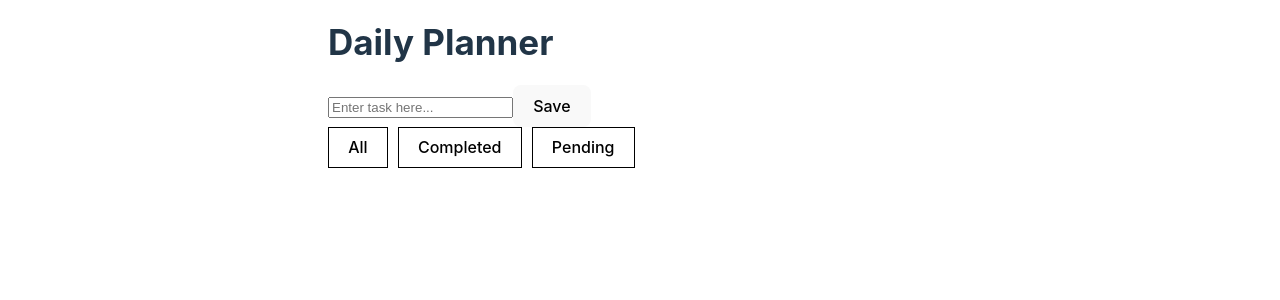
Repository: leslie179/lab4
Page: / (app in lab4/)
These files come from the project's save history. The page is drawn as it stood at one moment and after the next save; the edit follows.
The browser window is 1280 px wide. The pictures show the whole page.
The project was rebuilt for these pictures with package versions that can differ from the ones it lists, and the page was loaded fresh each time. Also part of the build but not shown: lab4/vite.config.js, lab4/src/components/Task.jsx.

Above is the page before, as saved 2024-10-27 18:21:02.

After the next save:
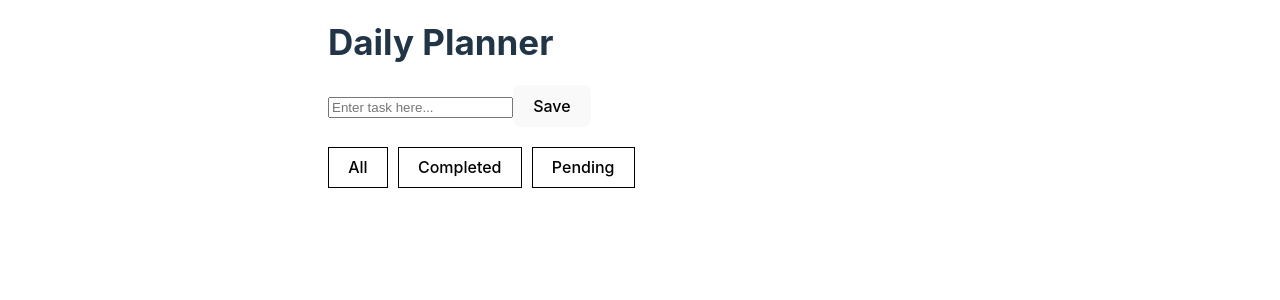
Saved 4 s later.
--- a/lab4/src/App.css
+++ b/lab4/src/App.css
@@ -12,7 +12,7 @@ h1{
   border: 1px solid black;
   background-color: white;
   margin-right: 10px;
-  margin-top: ;
+  margin-top: 20px;
   border-radius: 0px;
 }
 
